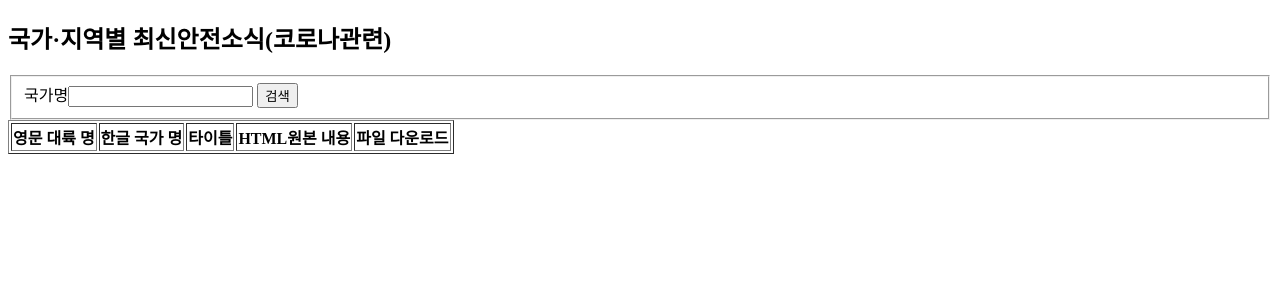
Repository: Sewoong-Lee/jsp
Page: http://localhost/jsp05_api/view/02_xml_json.jsp
The author's editor kept a copy of each file at every save. The page is drawn from the files as they stood at one save, then again after the next save.
The browser window is 1280 px wide. The pictures show the whole page.
The page is served by Tomcat 9.

Above is the page before, as saved 2021-06-25 08:53:11.

After the next save:
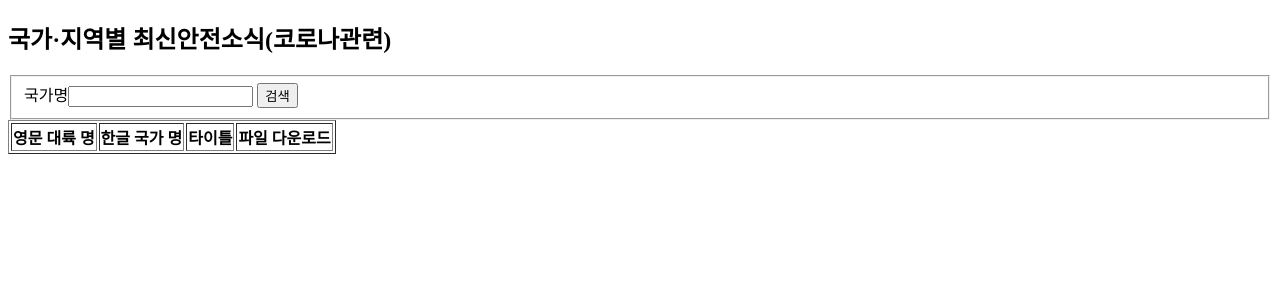
Saved 2 min 7 s later.
--- a/source/jsp05_api/WebContent/view/02_xml_json.jsp
+++ b/source/jsp05_api/WebContent/view/02_xml_json.jsp
@@ -24,7 +24,7 @@
 				<th>영문 대륙 명</th>
 				<th>한글 국가 명</th>
 				<th>타이틀</th>
-				<th>HTML원본 내용</th>
+				<!-- <th>HTML원본 내용</th> -->
 				<th>파일 다운로드</th>
 			</tr>
 		<c:forEach var="clist" items="${clist}">
@@ -32,7 +32,7 @@
 				<td>${clist.continent_eng_nm}</td>
 				<td>${clist.country_nm}</td>
 				<td>${clist.title}</td>
-				<td>${clist.html_origin_cn}</td>
+				<%-- <td>${clist.html_origin_cn}</td> --%>
 				<td><a href="${clist.file_download_url}">${clist.file_path}</a></td>
 			</tr>
 		</c:forEach>
